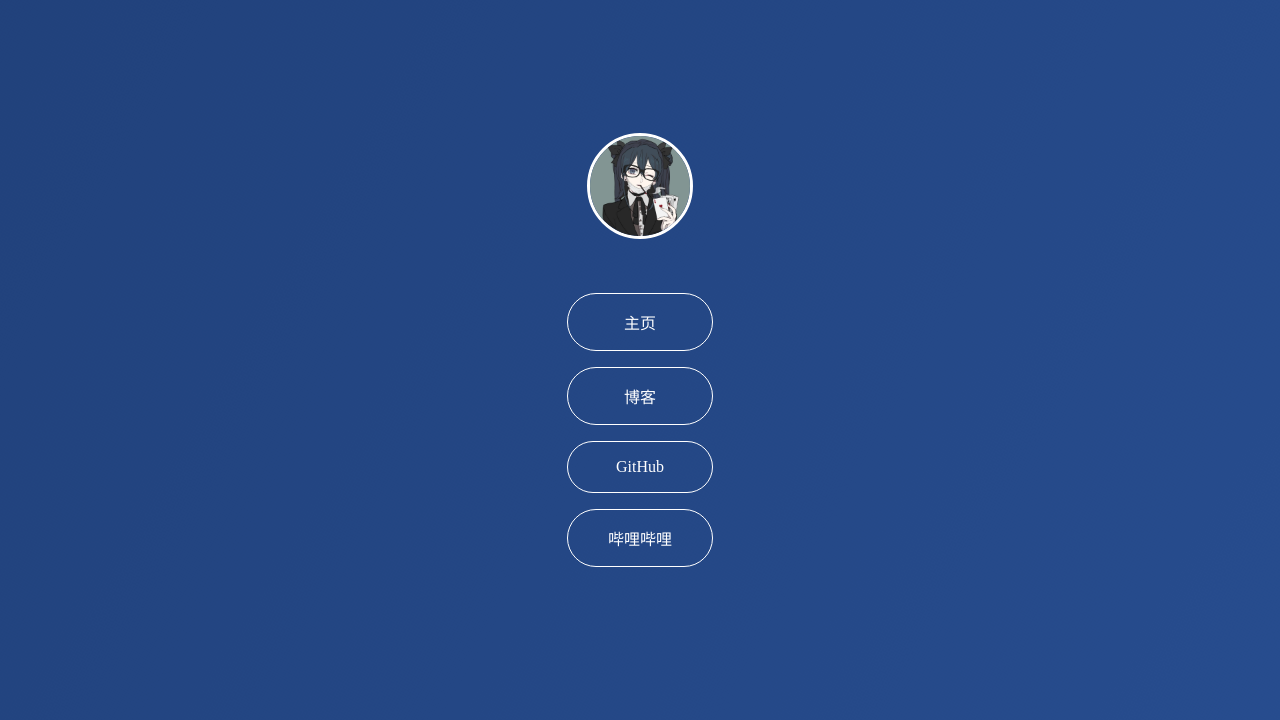
Repository: MarginLon/marginlon.github.io
Page: index.html
These files come from the project's save history. The page is drawn as it stood at one moment and after the next save; the edit follows.
The browser window is 1280 px wide. The pictures show the whole page.

Above is the page before, as saved 2022-09-24 09:50:42.

### index.html
<!----

# Navigation
# By: Dreamer-Paul
# Last Update: 2022.3.11

一个简单的个人首页，让你的朋友方便快捷的，找到你在各站点的社交链接

本代码为奇趣保罗原创，并遵守 MIT 开源协议。欢迎访问我的博客：https://paugram.com



 * Navigation changed from https://paugram.com
 * @author: MarginLon
 * @since: 2022-09-24
 * index.html

---->

<!DOCTYPE html>
<html>

<head>
    <meta charset="UTF-8">
    <title>奇趣保罗</title>
    <link href="static/32.png" rel="icon" sizes="32x32" />
    <link href="static/192.png" rel="icon" sizes="192x192" />
    <meta name="viewport" content="width=device-width, maximum-scale=1, initial-scale=1" />
    <style>
        html,
        body,
        main {
            height: 100%;
        }

        body {
            margin: 0;
            user-select: none;
            font: lighter 16px "微软雅黑";
        }

        body:before {
            content: '';
            z-index: -1;
            width: 3000px;
            height: 3000px;
            display: block;
            position: fixed;
            top: calc(50% - 1500px);
            left: calc(50% - 1500px);
            animation: bg-rotate 15s infinite linear;
            /* background: linear-gradient(45deg, #20b57d 40%, #258ec5 60%); */
            /* background: linear-gradient(45deg, #30cfd0 0%, #330867 100%); */
            /* background-image: linear-gradient(-20deg, #b721ff 0%, #21d4fd 100%); */
            background-image: linear-gradient(to top, #1e3c72 0%, #1e3c72 1%, #2a5298 100%);
            /* background-image: linear-gradient(-225deg, #2CD8D5 0%, #6B8DD6 48%, #8E37D7 100%); */
            /* background-image: linear-gradient(to top, #0250c5 0%, #d43f8d 100%); */
            /* background-image: linear-gradient(-20deg, #2b5876 0%, #4e4376 100%); */

        }

        @keyframes bg-rotate {
            0% {
                transform: rotate(0)
            }

            100% {
                transform: rotate(360deg)
            }
        }

        a {
            text-decoration: none;
        }

        main {
            display: table;
            margin: 0 auto;
        }

        .content {
            padding-top: 50px;
            padding-bottom: 70px;
            text-align: center;
            display: table-cell;
            vertical-align: middle;
        }

        .logo {
            margin-bottom: 50px;
        }

        .logo img {
            height: auto;
            max-width: 100px;
            border-radius: 100%;
            border: 3px solid #fff;
            transition: transform 0.3s;
        }

        .logo img:hover {
            transform: scale(1.1, 1.1) rotate(1turn);
        }

        .links {
            max-width: 300px;
        }

        .links a {
            color: #fff;
            display: block;
            min-width: 80px;
            padding: 1em 2em;
            text-align: center;
            margin-bottom: 1em;
            border-radius: 100px;
            border: #fff 1px solid;
            transition: background 0.3s, color 0.3s, opacity 0.3s, transform 0.3s;
        }

        .links a:hover {
            color: #258ec5;
            background: #fff;
            transform: scale(1.1, 1.1);
        }

        .links a:active {
            opacity: 0.7;
            transform: scale(0.9, 0.9);
        }

        .links a:last-child {
            margin-bottom: 0;
        }

        footer {
            left: 0;
            right: 0;
            bottom: 0;
            color: #fff;
            position: fixed;
            text-align: center;
        }

        footer a {
            color: inherit;
        }
    </style>
</head>

<body>
    <main class="container">
        <div class="content">
            <div class="logo">
                <img src="static/avatar.jpg" alt="MarginLon" />
            </div>
            <div class="links">
                <a href="https://www.marginlon.zone">主页</a>
                <a href="https://www.marginlon.zone/blog/">博客</a>
                <!-- <a href="http://weibo.com/234891753/" target="_blank">微博</a> -->
                <!-- <a href="http://music.163.com/#/user/home?id=7041859" target="_blank">网易云</a> -->
                <!-- <a href="http://steamcommunity.com/id/dreamer-paul/" target="_blank">Steam</a> -->
                <a href="https://github.com/MarginLon/" target="_blank">GitHub</a>
                <a href="https://space.bilibili.com/2008016" target="_blank">哔哩哔哩</a>
            </div>
        </div>
    </main>
    <!-- <footer>
        <p>©
            <script>document.write(new Date().getFullYear())</script> By <a href="https://paugram.com"
               target="_blank">Dreamer-Paul</a>.
        </p>
    </footer> -->
</body>

</html>

After the next save:
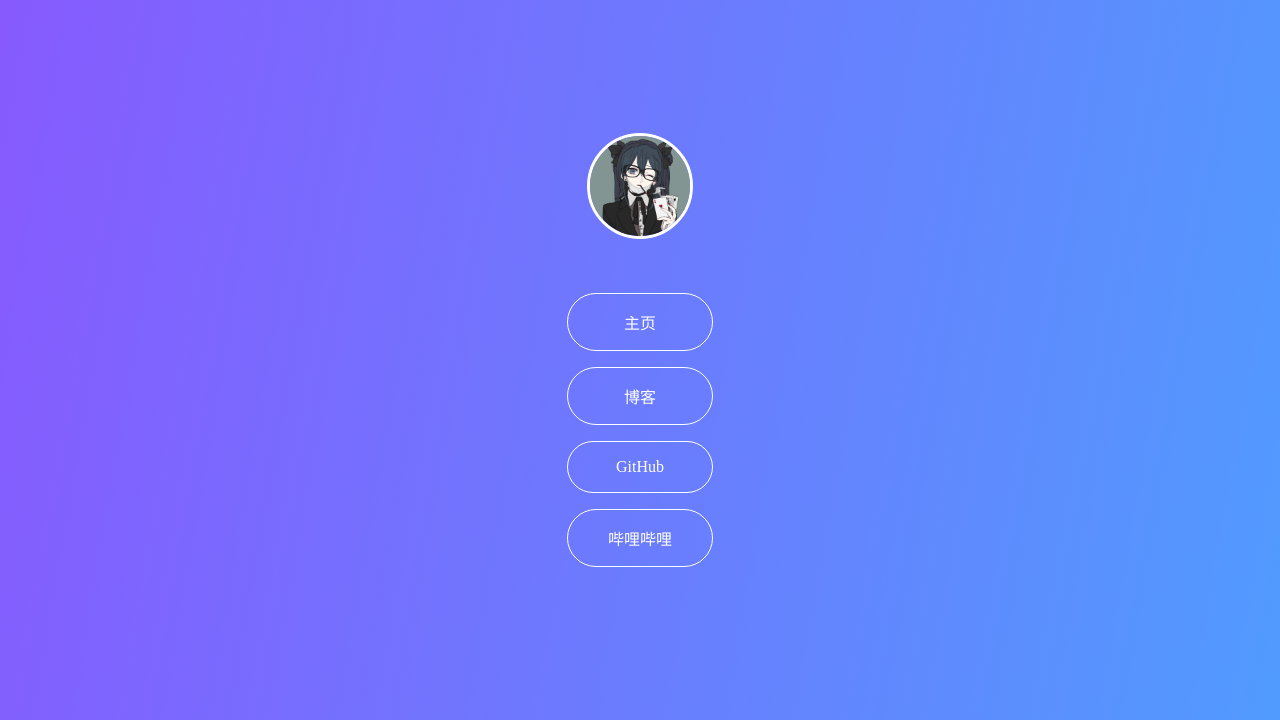
Saved 14 s later.
--- a/index.html
+++ b/index.html
@@ -51,8 +51,8 @@
             animation: bg-rotate 15s infinite linear;
             /* background: linear-gradient(45deg, #20b57d 40%, #258ec5 60%); */
             /* background: linear-gradient(45deg, #30cfd0 0%, #330867 100%); */
-            /* background-image: linear-gradient(-20deg, #b721ff 0%, #21d4fd 100%); */
-            background-image: linear-gradient(to top, #1e3c72 0%, #1e3c72 1%, #2a5298 100%);
+            background-image: linear-gradient(-20deg, #b721ff 0%, #21d4fd 100%);
+            /* background-image: linear-gradient(to top, #1e3c72 0%, #1e3c72 1%, #2a5298 100%); */
             /* background-image: linear-gradient(-225deg, #2CD8D5 0%, #6B8DD6 48%, #8E37D7 100%); */
             /* background-image: linear-gradient(to top, #0250c5 0%, #d43f8d 100%); */
             /* background-image: linear-gradient(-20deg, #2b5876 0%, #4e4376 100%); */
